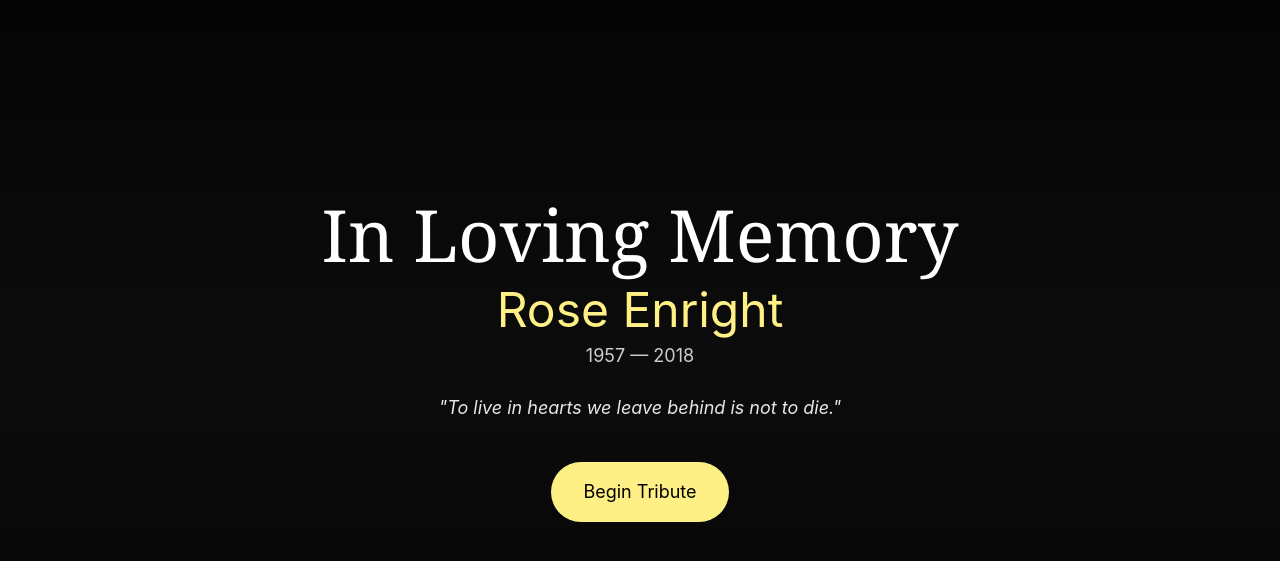
Repository: ConnorStubbs5/lasting-light
Page: /
The author's editor kept a copy of each file at every save. The page is drawn from the files as they stood at one save, then again after the next save.
The browser window is 1280 px wide. The pictures show the whole page.
The project was rebuilt for these pictures with package versions that can differ from the ones it lists, and the page was loaded fresh each time. Also part of the build but not shown: vite.config.js, src/components/MemorialSlideshow.jsx.

Above is the page before, as saved 2026-05-09 14:03:52.

### index.html
<!doctype html>
<html lang="en">
  <head>
    <meta charset="UTF-8" />
    <meta name="viewport" content="width=device-width, initial-scale=1.0" />
    <title>Lasting Light Memorial</title>
  </head>

  <body>
    <div id="root"></div>

    <script type="module" src="/src/main.jsx"></script>
  </body>
</html>

### src/main.jsx
import React from 'react'
import ReactDOM from 'react-dom/client'
import App from './App'
import './styles/globals.css'

ReactDOM.createRoot(document.getElementById('root')).render(
  <React.StrictMode>
    <App />
  </React.StrictMode>,
)

### src/App.jsx
import MemorialPage from "./pages/MemorialPage"

function App() {
  return <MemorialPage />
}

export default App

### src/styles/globals.css
@import "tailwindcss";

html,
body,
#root {
  width: 100%;
  height: 100%;
  margin: 0;
  background: #0f0f0f;
  overflow: hidden;
  font-family: Inter, sans-serif;
}

body {
  color: white;
}

.fade-overlay {
  background:
    linear-gradient(
      to top,
      rgba(0,0,0,0.7),
      rgba(0,0,0,0.2),
      rgba(0,0,0,0.7)
    );
}

### src/pages/MemorialPage.jsx
import { useEffect, useState, useRef } from "react"
import HeroOverlay from "../components/HeroOverlay"
import MemorialSlideshow from "../components/MemorialSlideshow"

export default function MemorialPage() {
  const [config, setConfig] = useState(null)
  const [started, setStarted] = useState(false)

  const audioRef = useRef(null)

  useEffect(() => {
    fetch("/memorials/rose-enright/config.json")
      .then(res => res.json())
      .then(data => setConfig(data))
  }, [])

  const startTribute = async () => {
    setStarted(true)

    try {
      audioRef.current.volume = 0.4
      await audioRef.current.play()
    } catch (err) {
      console.error(err)
    }
  }

  // ✅ FIX: must be inside component
  const stopTribute = () => {
    if (audioRef.current) {
      audioRef.current.pause()
      audioRef.current.currentTime = 0
    }

    setStarted(false)
  }

  if (!config) return null

  return (
    <div className="w-full h-full relative">

      <audio ref={audioRef} loop>
        <source src={config.song} type="audio/mp3" />
      </audio>

      {!started && (
        <HeroOverlay
          config={config}
          onStart={startTribute}
        />
      )}

      {started && (
        <MemorialSlideshow
          slides={config.slides}
          onBack={stopTribute}
        />
      )}

    </div>
  )
}

### src/components/HeroOverlay.jsx
export default function HeroOverlay({ config, onStart }) {
    return (
      <div
        className="
          absolute
          inset-0
          z-50
          flex
          items-center
          justify-center
          fade-overlay
        "
      >
        <div className="text-center px-6">

          <h1
            className="
              text-5xl
              md:text-7xl
              font-serif
              mb-4
            "
          >
            In Loving Memory
          </h1>

          <h2
            className="
              text-3xl
              md:text-5xl
              text-yellow-200
              mb-2
            "
          >
            {config.name}
          </h2>

          <p className="text-lg opacity-80 mb-6">
            {config.birthDate} — {config.deathDate}
          </p>

          <p
            className="
              italic
              text-lg
              max-w-xl
              mx-auto
              mb-10
              opacity-90
            "
          >
            "{config.heroQuote}"
          </p>

          <button
            onClick={onStart}
            className="
              px-8
              py-4
              rounded-full
              bg-yellow-200
              text-black
              text-lg
              hover:scale-105
              transition
            "
          >
            Begin Tribute
          </button>

        </div>
      </div>
    )
  }

### public/memorials/rose-enright/config.json
{
  "name": "Rose Enright",
  "birthDate": "1957",
  "deathDate": "2018",
  "heroQuote": "To live in hearts we leave behind is not to die.",
  "song": "/memorials/rose-enright/music/jt-fire-rain.mp3",
  "slides": [
      {
          "type": "image",
          "src": "/memorials/rose-enright/photos/photo1.JPG"
      },
      {
          "type": "image",
          "src": "/memorials/rose-enright/photos/photo2.JPG"
      },
      {
          "type": "image",
          "src": "/memorials/rose-enright/photos/photo3.JPG"
      },
      {
          "type": "image",
          "src": "/memorials/rose-enright/photos/photo4.JPG"
      },
      {
          "type": "image",
          "src": "/memorials/rose-enright/photos/photo5.JPG"
      },
      {
          "type": "image",
          "src": "/memorials/rose-enright/photos/photo6.JPG"
      },
      {
          "type": "image",
          "src": "/memorials/rose-enright/photos/photo7.JPG"
      },
      {
          "type": "image",
          "src": "/memorials/rose-enright/photos/photo8.JPG"
      }
  ],
  "timeline": [
      {
          "year": "1963",
          "event": "Married the love of her life"
      },
      {
          "year": "1971",
          "event": "Raised her first child"
      }
  ]
}

After the next save:
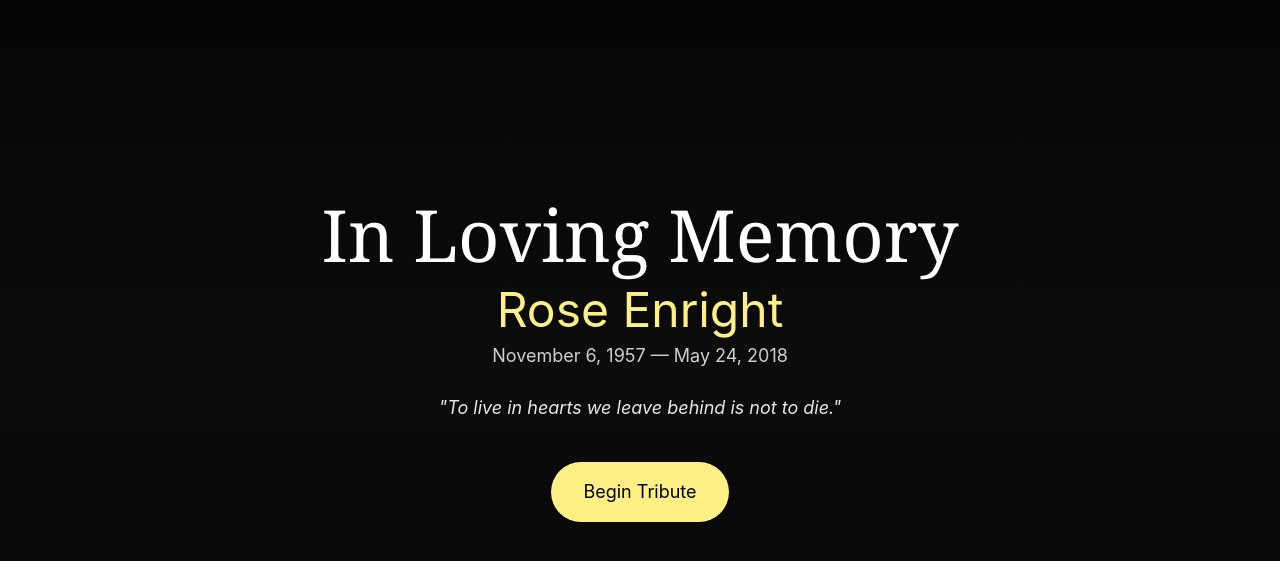
Saved 28 s later.
--- a/public/memorials/rose-enright/config.json
+++ b/public/memorials/rose-enright/config.json
@@ -1,7 +1,7 @@
 {
   "name": "Rose Enright",
-  "birthDate": "1957",
-  "deathDate": "2018",
+  "birthDate": "November 6, 1957",
+  "deathDate": "May 24, 2018",
   "heroQuote": "To live in hearts we leave behind is not to die.",
   "song": "/memorials/rose-enright/music/jt-fire-rain.mp3",
   "slides": [
